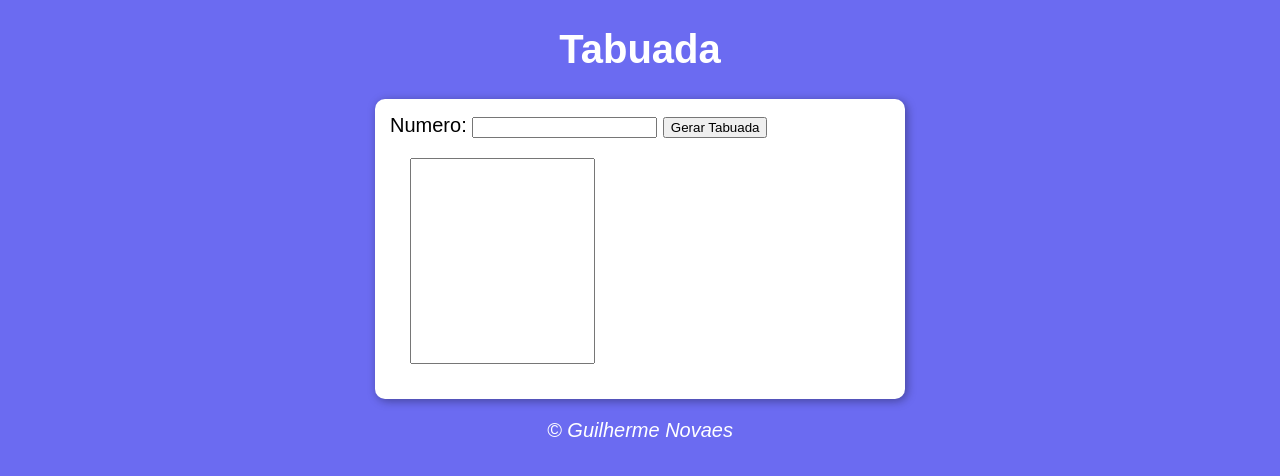
Repository: Guilherme-RNovaes/JavaScript-Curso
Page: Aula 14ex/ex017/index.html
These files come from the project's save history. The page is drawn as it stood at one moment and after the next save; the edit follows.
The browser window is 1280 px wide. The pictures show the whole page.

Above is the page before, as saved 2022-09-10 09:10:18.

After the next save:
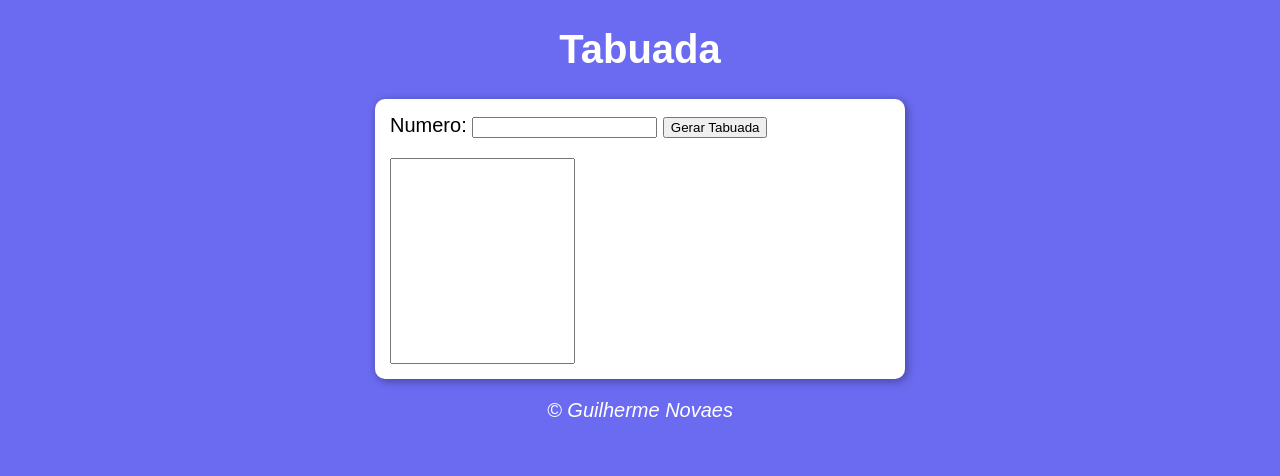
Saved 7 s later.
--- a/Aula 14ex/ex017/src/Style/style.css
+++ b/Aula 14ex/ex017/src/Style/style.css
@@ -29,6 +29,6 @@ div img{
 }
 
 #tabres{
-    margin: 20px;
+    margin-top: 20px;
     height: 200px;
 }
